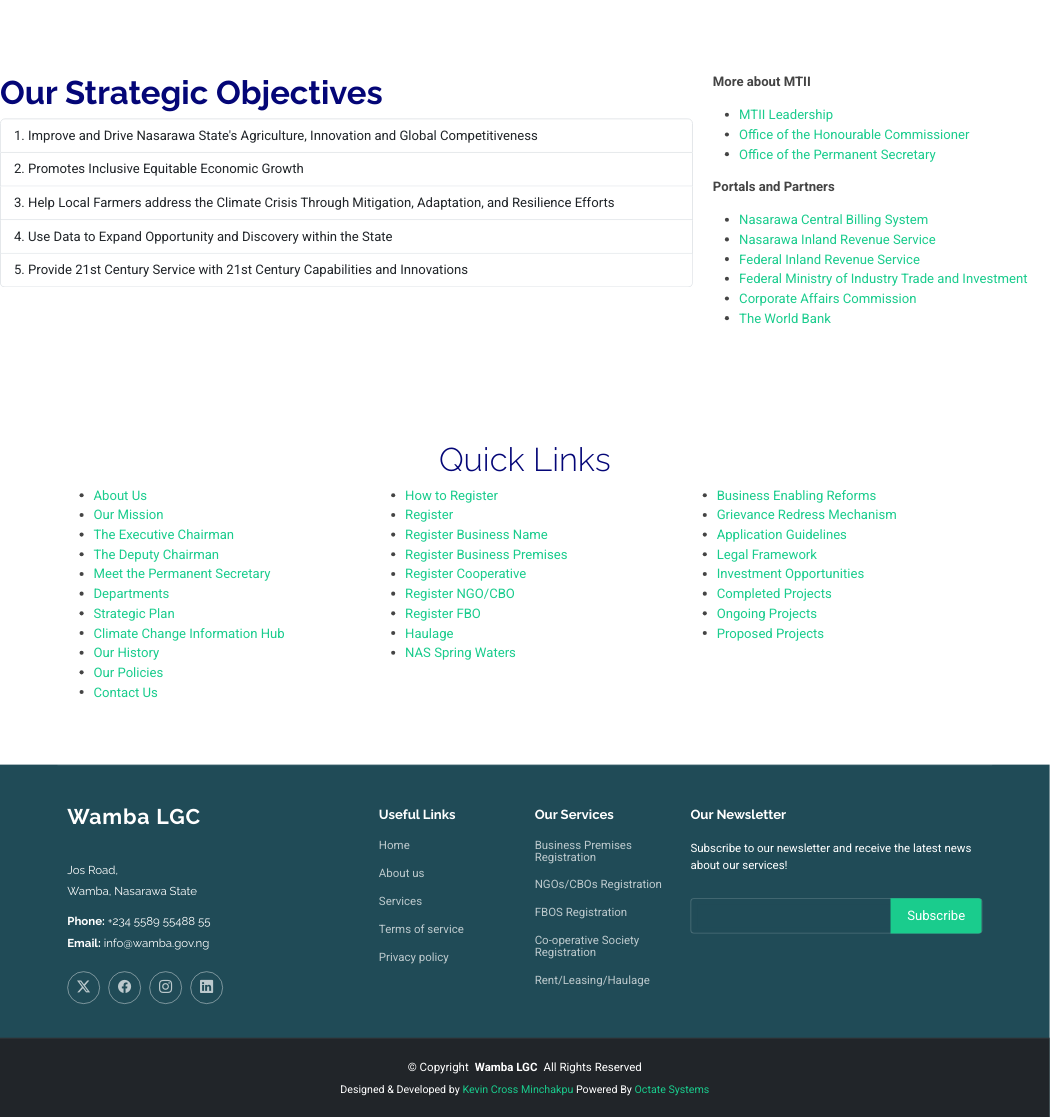
Repository: GlorifiedIntel/wamba-lgc
Page: about-wamba.html
An editor plug-in stored every save of this project. The page is shown before and after the next save, followed by the edit.
The browser window is 1280 px wide. The pictures show the part of the page from y = 2559 to 3945 px (the page is 3921 px tall before and 3945 px after), at 82% of full size.
A picture or video elsewhere on the page could not be fetched, so the positions and the page height are approximate.

Above is the page before, as saved 2025-02-06 02:19:54.
Console error: TypeError: Cannot read properties of null (reading 'click')

After the next save:
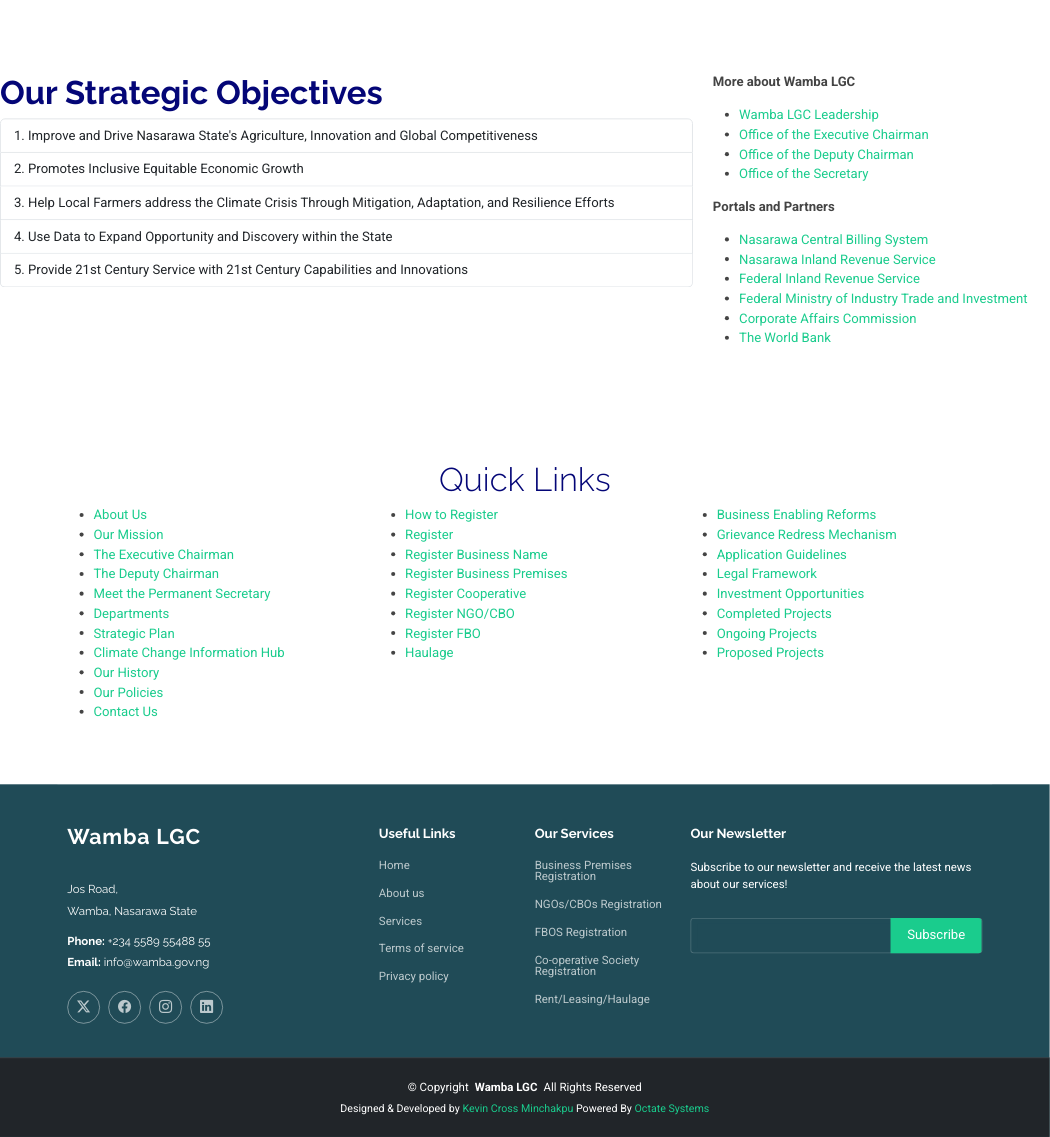
Saved 2 min 37 s later.
--- a/about-wamba.html
+++ b/about-wamba.html
@@ -200,11 +200,12 @@
           </ol>
         </div>
         <div class="col-md-4">
-          <p class="elhanan fw-bold">More about MTII</p>
+          <p class="elhanan fw-bold">More about Wamba LGC</p>
           <ul class="nana">
-            <li><a href="leadership.html">MTII Leadership</a></li>
-            <li><a href="the-commissioner.html">Office of the Honourable Commissioner</a></li>
-            <li><a href="the-secretary.html">Office of the Permanent Secretary</a></li>
+            <li><a href="leadership.html">Wamba LGC Leadership</a></li>
+            <li><a href="the-commissioner.html">Office of the Executive Chairman</a></li>
+            <li><a href="the-deputy.html">Office of the Deputy Chairman</a></li>
+            <li><a href="the-secretary.html">Office of the Secretary</a></li>
           </ul>
 
           <p class="elhanan fw-bold">Portals and Partners</p>
@@ -249,7 +250,6 @@
               <li><a href="cooperative.html">Register NGO/CBO</a></li>
               <li><a href="cooperative.html">Register FBO</a></li>
               <li><a href="investment.html">Haulage</a></li>
-              <li><a href="investment.html">NAS Spring Waters</a></li>
             </ul>
            </div>
           <div class="col text-start quick-links">
